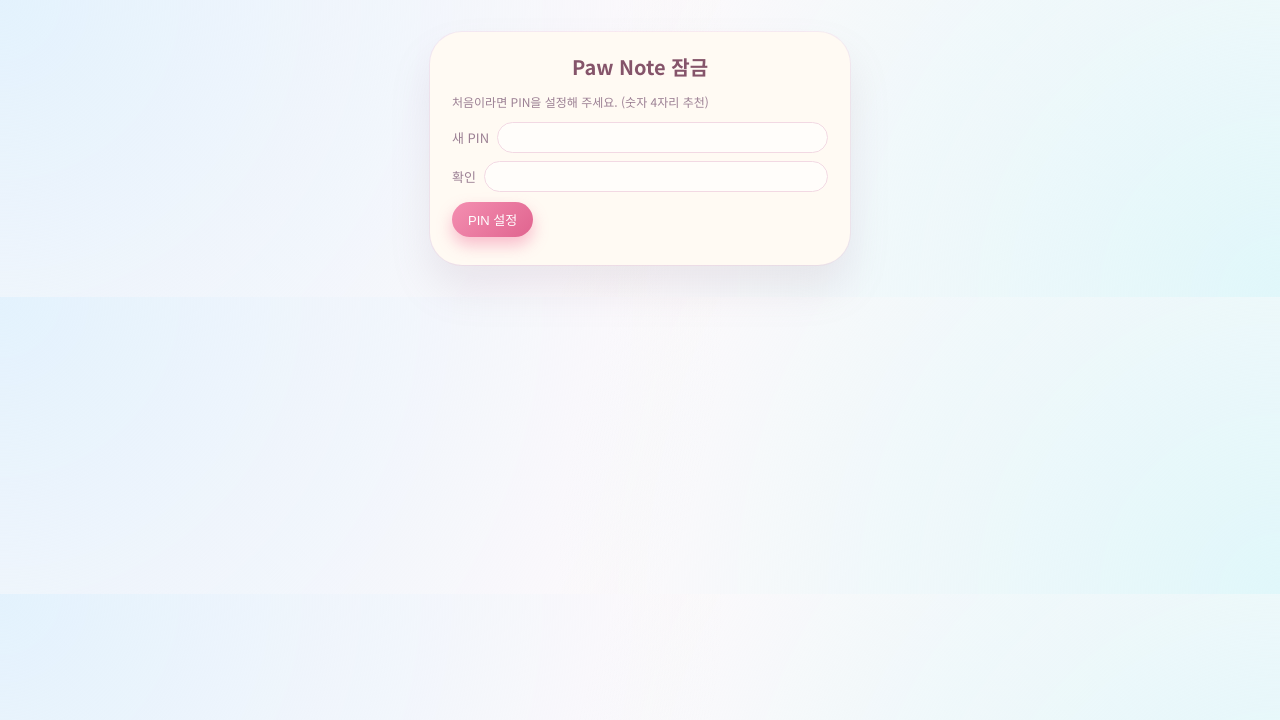
Repository: ymymym6843-prog/paw-note
Page: index.html
The author's editor kept a copy of each file at every save. The page is drawn from the files as they stood at one save, then again after the next save.
The browser window is 1280 px wide. The pictures show the whole page.

Above is the page before, as saved 2025-11-17 18:58:18.

After the next save:
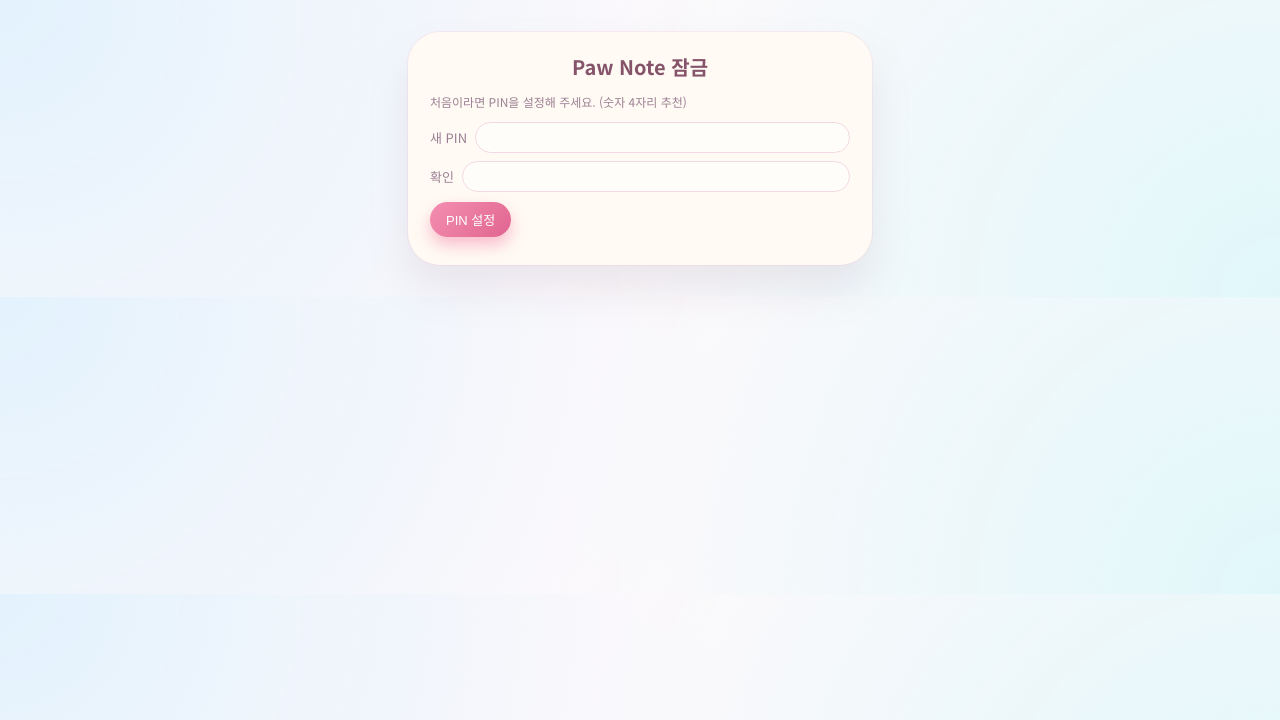
Saved 6 s later.
--- a/style.css
+++ b/style.css
@@ -1,4 +1,3 @@
-* { box-sizing: border-box; }
 ﻿* { box-sizing: border-box; }
 
 :root {
@@ -704,9 +703,6 @@ body.dark .thumb {
   position: absolute;
   bottom: 2px;
   right: 4px;
-  width: 12px;
-  height: 12px;
-  background-image: url('images/paw_foot.png');
   width: 14px;
   height: 14px;
   background-image: url('./images/paw_foot.png');
